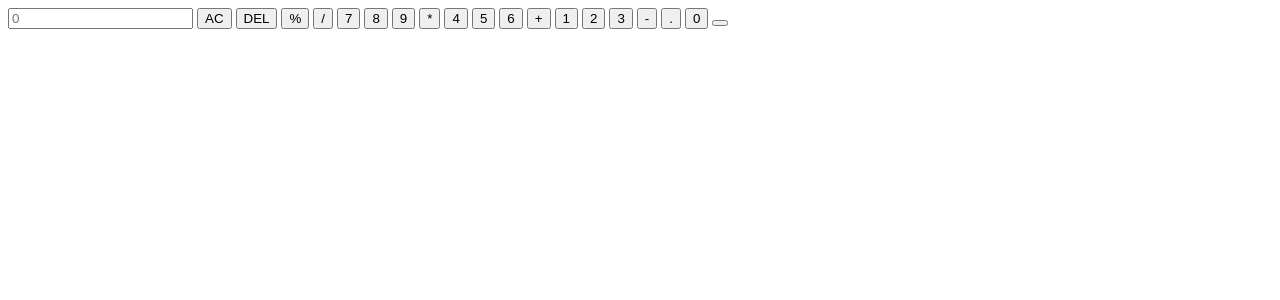
Repository: Eh-Vee/Calculator
Page: index.html
These files come from the project's save history. The page is drawn as it stood at one moment and after the next save; the edit follows.
The browser window is 1280 px wide. The pictures show the whole page.

Above is the page before, as saved 2025-06-04 08:42:51.

After the next save:
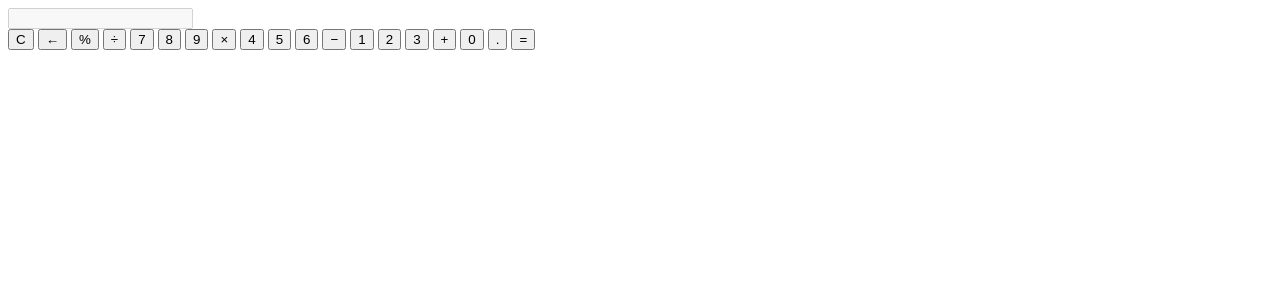
Not found: script.js
Not found: style.css
Saved 16 s later.
--- a/index.html
+++ b/index.html
@@ -1,38 +1,40 @@
 <!DOCTYPE html>
 <html lang="en">
 <head>
-    <meta charset="UTF-8">
-    <meta http-equiv="U-UA-Compatible" content="IE-edge">
-    <meta name="viewport" content="width=device-width, initial-scale=1.0">
-    <title>Document</title>
-    <link rel="styleshet" href="./styles.css">
+  <meta charset="UTF-8" />
+  <meta name="viewport" content="width=device-width, initial-scale=1.0"/>
+  <title>Calculator</title>
+  <link rel="stylesheet" href="style.css" />
 </head>
 <body>
-    <div class="container">
-        <div class="Calculator">
-            <input type="text" placeholder="0" id="output"/>
-            <button onclick="clr()">AC</button>
-            <button onclick="dlt()">DEL</button>
-            <button onclick="display('%')">%</button>
-            <button onclick="display('/')">/</button>
-            <button onclick="display('7')">7</button>
-            <button onclick="display('8')">8</button>
-            <button onclick="display('9')">9</button>
-            <button onclick="display('*')">*</button>
-            <button onclick="display('4')">4</button>
-            <button onclick="display('5')">5</button>
-            <button onclick="display('6')">6</button>
-            <button onclick="display('+')">+</button>
-            <button onclick="display('1')">1</button>
-            <button onclick="display('2')">2</button>
-            <button onclick="display('3')">3</button>
-            <button onclick="display('-')">-</button>
-            <button onclick="display('.')">.</button>
-            <button onclick="display('0')">0</button>
-            <button onclick="calculate()" class="value"></button>
+  <div class="calculator">
+    <input type="text" id="display" disabled />
+    <div class="buttons">
+      <button onclick="clearDisplay()">C</button>
+      <button onclick="deleteLast()">←</button>
+      <button onclick="append('%')">%</button>
+      <button onclick="append('/')">÷</button>
 
-        </div>
+      <button onclick="append('7')">7</button>
+      <button onclick="append('8')">8</button>
+      <button onclick="append('9')">9</button>
+      <button onclick="append('*')">×</button>
 
+      <button onclick="append('4')">4</button>
+      <button onclick="append('5')">5</button>
+      <button onclick="append('6')">6</button>
+      <button onclick="append('-')">−</button>
+
+      <button onclick="append('1')">1</button>
+      <button onclick="append('2')">2</button>
+      <button onclick="append('3')">3</button>
+      <button onclick="append('+')">+</button>
+
+      <button onclick="append('0')">0</button>
+      <button onclick="append('.')">.</button>
+      <button class="equal" onclick="calculate()">=</button>
     </div>
+  </div>
+  <script src="script.js"></script>
 </body>
 </html>
